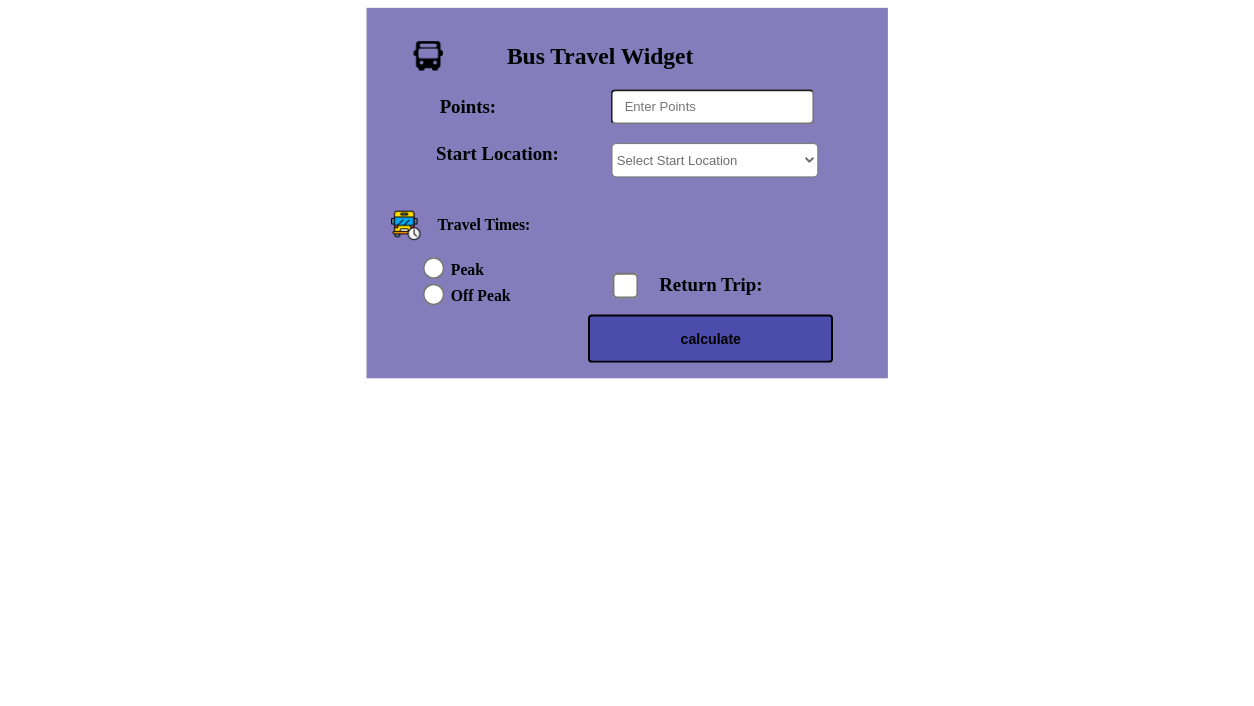
Repository: lasity34/bus_travel
Page: index.html
These files come from the project's save history. The page is drawn as it stood at one moment and after the next save; the edit follows.
The browser window is 1280 px wide. The pictures show the whole page, at 98% of full size.

Above is the page before, as saved 2023-05-31 12:09:47.

### index.html
<!DOCTYPE html>
<html lang="en">
  <head>
    <meta charset="UTF-8" />
    <meta http-equiv="X-UA-Compatible" content="IE=edge" />
    <meta name="viewport" content="width=device-width, initial-scale=1.0" />
    <link href="./style.css" rel="stylesheet" />
    <title>Bus travel</title>
  </head>
  <body>
    <div class="widget_container">
      <header>
        <img src="./images/bus.png" width="30" height="30" />
        <h2>Bus Travel Widget</h2>
      </header>
      <section>
        <div class="points_container">
          <label for="points">Points:</label>
          <input
            type="number"
            name="points"
            id="points"
            placeholder="Enter Points"
          />
        </div>
        <div class="start_location_container">
          <label for="dropdown">Start Location:</label>
          <select id="dropdown" name="dropdown">
            <option value="select_location">Select Start Location</option>
            <option value="atlantis">Atlantis</option>
            <option value="pinelands">Pinelands</option>
            <option value="milnerton">Milnerton</option>
          </select>
        </div>
      </section>
      <section class="calculate_container">
        <div class="calculate_title">
          <img src="./images/bus_time.png" width="30" height="30" />
          <h4>Travel Times:</h4>
        </div>
        <div class="input_container">
          <div class="calculate_input">
            <input type="radio" id="peak" name="time" value="peak" />
            <label for="peak">Peak</label><br />
            <input type="radio" id="off-peak" name="time" value="off-peak" />
            <label for="off-peak">Off Peak</label><br />
          </div>
          <div class="check_calculate">
            <div class="check_box">
              <input type="checkbox" name="return" />
              <h4>Return Trip:</h4>
            </div>
            <button class="calculate_btn">calculate</button>
          </div>
        </div>
      </section>
      <section class="display_container">
        <div class="display_title">

        </div>
      </section>

      <script src="./bus_travel_factory.js"></script>
      <script src="./bus_travel.js"></script>
    </div>
  </body>
</html>

### style.css


.widget_container {
   margin: 0 auto;
   display: flex;
   flex-direction: column;
   justify-content: center;
    background-color: rgb(132, 124, 187);
    width: 70%;
    max-width: 500px;
    font-weight: bold;
    padding: 1em;
}

header {
    display: flex;
    align-items: center;
    justify-content: space-around;
    width: 70%;
}

.points_container  {
    display: flex;
    width: 100%;
    justify-content: space-around;
    align-items: center;
}

.points_container label {
    font-size: 1.2rem;
}

.points_container input {
    border-radius: 5px;
    height: 30px;
    text-indent: 10px;
    width: 40%;
}

input[type='number']::-webkit-inner-spin-button,
input[type='number']::-webkit-outer-spin-button {
    -webkit-appearance: none;
    margin: 0;
}

input[type='number'] {
    -moz-appearance: textfield;
}

.start_location_container {
    padding: 1em 0;
    display: flex;
    margin: 0 auto;
    justify-content: space-between;
    width: 78%;
    font-size: 1.2rem;
    max-width: 500px;
}

select {
    background-color: white;
    width: 54%;
    height: 35px;
    border-radius: 5px;
    color: rgb(111, 108, 108);
}

option {
    font-weight: lighter;

}

button {
    background-color: #4c4cad; /* Dark Blue */
    border: 2px solid black;
    color: black;
    text-align: center;
    display: inline-block;
    font-size: 0.9rem;
    font-weight: 700;
    transition-duration: 0.4s;
    cursor: pointer;
    padding: 1em;
    border-radius: 4px;
    width: 100%;
    margin: 0 auto;
  }

  button:hover {
    background-color: #0000FF; /* Blue */
    color: white;
  }

  .calculate_title {
    display: flex;
    width: 32%;
    justify-content: space-around;
    align-content: center;
  }

  .calculate_title img {
    align-self: center;
  }

  input[type="radio"], input[type="checkbox"] {
    transform: scale(1.7); /* Adjust the scale factor as needed */
    margin: 0.5em;
}

input[type="checkbox"] {
    border: 1px solid black;
}

.input_container {
    display: flex;
    justify-content: space-around;
}

.check_calculate {
    width: 50%;
}

.check_box {
    display: flex;
    justify-content: center;
    width: 80%;
    transform: scale(1.2)
}

.check_box h4 {
    margin-left: 1em;
}

### bus_travel_factory.js
// create input for points
// create function for bus location
// create function for peak times
//  need to calculate how many single trips
// need to calculate cost for single trip
//  need to calculate return trip
// need calculate how many return trips

function bus_travel_factory() {

    let points = 0
    let location = "";
    let peak = false
    let number_of_trips = 0

    function points_input(input) {
        points = input
    }

    function peak_times(input) {
        if (input === 'peak') {
           peak = true
        } else if (input === 'off-peak') {
            peak = false
        }
       }


    function bus_location(input) {
        let reduction
        if (input === "milnerton") {
            location = "milnerton"
            reduction = 20
        } else if (input === "atlantis") {
            location = 'atlantis'
            reduction = 30
        } else if (input === 'pinelands') {
            location = 'pinelands'
            reduction = 15
        } else if (input === 'select_location') {
            location = 'select_location'
        }

        if (peak) {
            reduction = reduction * 1.25
        }
        console.log(reduction)
        number_of_trips = Math.floor(points / reduction)

    }





    function points_value() {
        return points
    }

    function location_return() {
        return location
    }

    function number_trips() {
        return number_of_trips
    }


    return {
        points_input,
        points_value,
        bus_location,
        location_return,
        peak_times,
        number_trips
    }
}

### bus_travel.js

const points_value = document.querySelector("#points").value
const calculate_btn = document.querySelector(".calculate_btn")
const location_select = document.querySelector("#dropdown")

const bus_instance = bus_travel_factory()

function bus_travel() {

    bus_instance.points_input(points_value)
}

function bus_location() {
    const selected_value = this.value
    bus_instance.bus_location(selected_value)
}

location_select.addEventListener("change", bus_location)


calculate_btn.addEventListener("click", bus_travel)

After the next save:
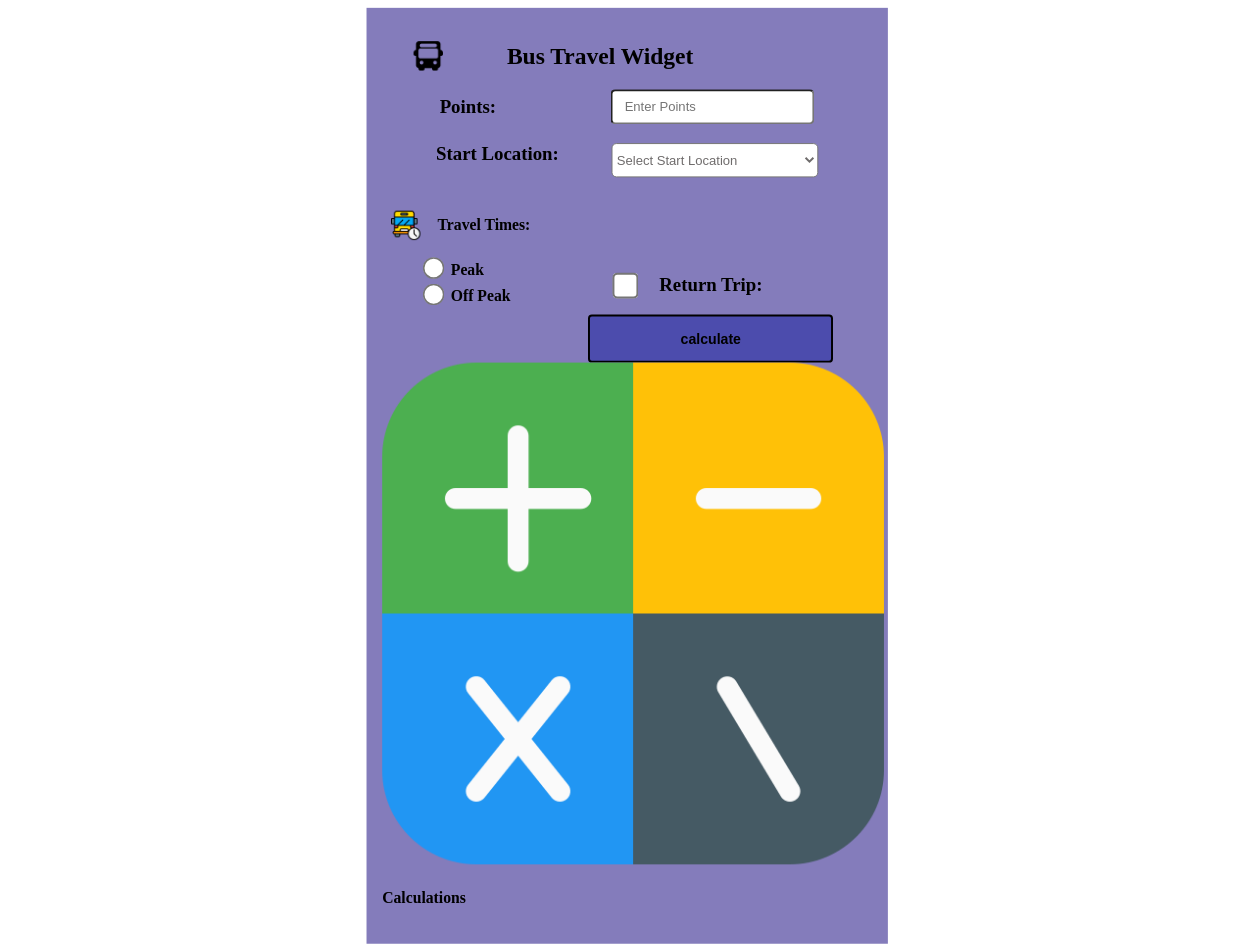
Saved 62 s later.
--- a/index.html
+++ b/index.html
@@ -56,7 +56,8 @@
       </section>
       <section class="display_container">
         <div class="display_title">
-
+          <img src="./images/calculator.png" />
+          <h4>Calculations</h4>
         </div>
       </section>
 
